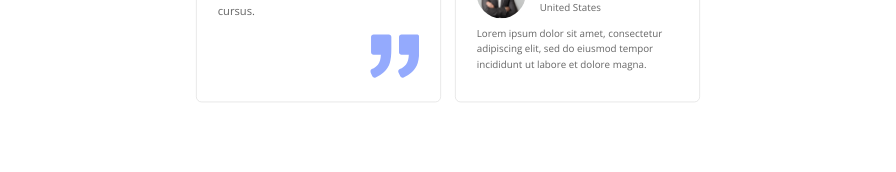
Repository: Sc-Juju/CodeRad
Page: index.html
The author's editor kept a copy of each file at every save. The page is drawn from the files as they stood at one save, then again after the next save.
The browser window is 1280 px wide. The pictures show the part of the page from y = 3883 to 5803 px (the page is 4129 px tall before and 6444 px after), at 70% of full size.

Above is the page before, as saved 2022-11-16 08:44:24.

After the next save:
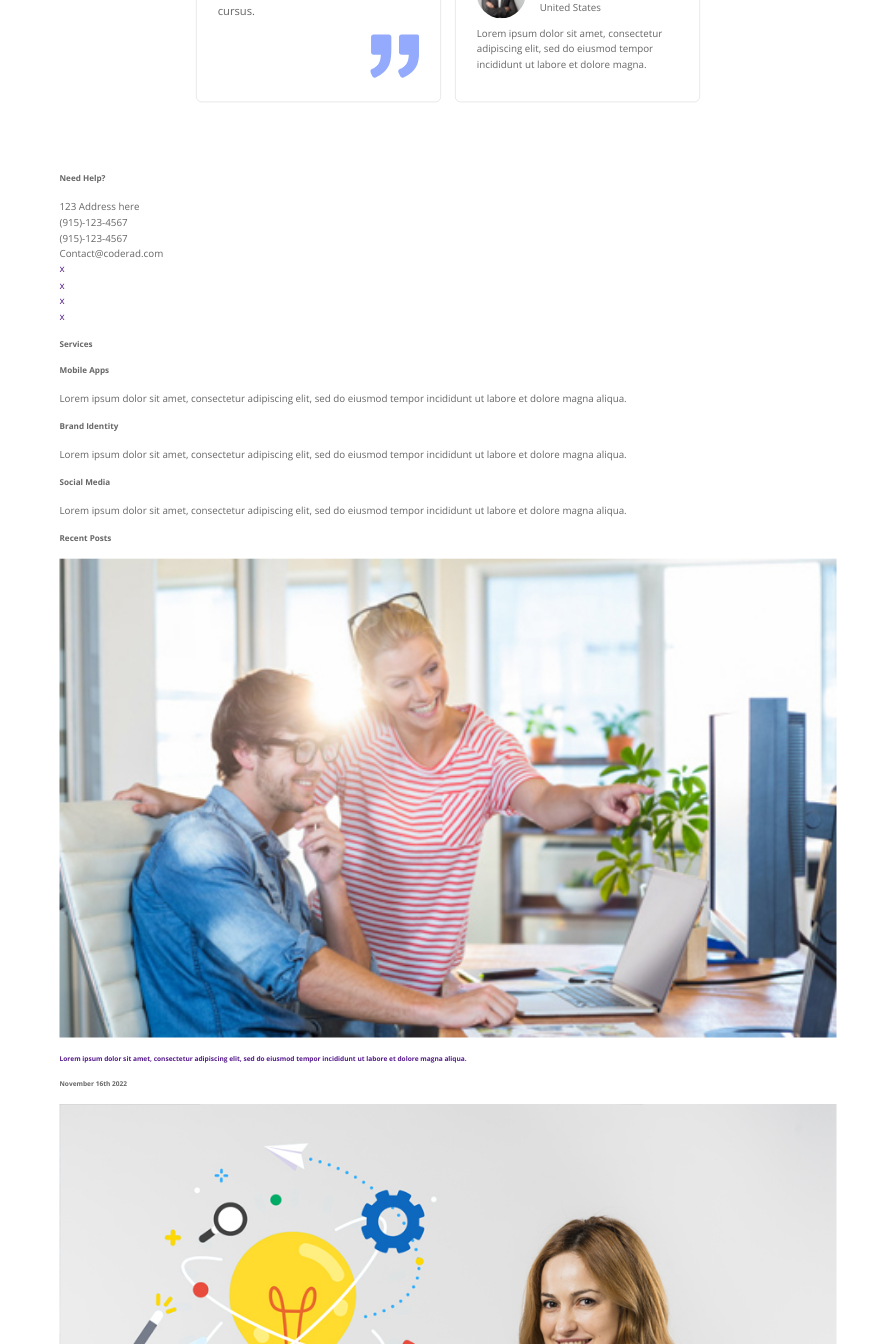
Saved 58 min 18 s later.
--- a/index.html
+++ b/index.html
@@ -373,5 +373,105 @@
 				</div>
 			</div>
 		</section>
+		<!--Footer-->
+		<footer>
+			<div class="container">
+				<section class="footer-top">
+					<div class="footer-col">
+						<h5>Need Help?</h5>
+						<div class="contact-info">
+							<ul>
+								<li>123 Address here</li>
+								<li>(915)-123-4567</li>
+								<li>(915)-123-4567</li>
+								<li>Contact@coderad.com</li>
+							</ul>
+						</div>
+						<div class="social-icons">
+							<ul>
+								<li><a href="">x</a></li>
+								<li><a href="">x</a></li>
+								<li><a href="">x</a></li>
+								<li><a href="">x</a></li>
+							</ul>
+						</div>
+					</div>
+					<div class="footer-col">
+						<h5>Services</h5>
+						<div class="seervices-wrapper">
+							<h5>Mobile Apps</h5>
+							<p>
+								Lorem ipsum dolor sit amet, consectetur
+								adipiscing elit, sed do eiusmod tempor
+								incididunt ut labore et dolore magna aliqua.
+							</p>
+						</div>
+						<div class="seervices-wrapper">
+							<h5>Brand Identity</h5>
+							<p>
+								Lorem ipsum dolor sit amet, consectetur
+								adipiscing elit, sed do eiusmod tempor
+								incididunt ut labore et dolore magna aliqua.
+							</p>
+						</div>
+						<div class="seervices-wrapper">
+							<h5>Social Media</h5>
+							<p>
+								Lorem ipsum dolor sit amet, consectetur
+								adipiscing elit, sed do eiusmod tempor
+								incididunt ut labore et dolore magna aliqua.
+							</p>
+						</div>
+					</div>
+					<div class="footer-col">
+						<h5>Recent Posts</h5>
+						<div class="recent-posts">
+							<img src="/CodeRad-assets/blog1.jpg" alt="blog1" />
+							<div class="post-inner">
+								<h6>
+									<a href=""
+										>Lorem ipsum dolor sit amet, consectetur
+										adipiscing elit, sed do eiusmod tempor
+										incididunt ut labore et dolore magna
+										aliqua.</a
+									>
+								</h6>
+								<h6>November 16th 2022</h6>
+							</div>
+						</div>
+						<div class="recent-posts">
+							<img src="/CodeRad-assets/blog2.jpg" alt="blog2" />
+							<div class="post-inner">
+								<h6>
+									<a href=""
+										>Lorem ipsum dolor sit amet, consectetur
+										adipiscing elit, sed do eiusmod tempor
+										incididunt ut labore et dolore magna
+										aliqua.</a
+									>
+								</h6>
+								<h6>November 18th 2022</h6>
+							</div>
+						</div>
+					</div>
+				</section>
+				<section class="footer-bottom">
+					<div class="footer-bottom-wrapper">
+						<div class="copyright">
+							<p>Copy right @ 2022 CodeRad Creations</p>
+						</div>
+						<div class="footer-bottom-links">
+							<ul>
+								<li><a href="">About</a></li>
+								<li><a href="">Services</a></li>
+								<li><a href="">Team</a></li>
+								<li><a href="">Contact</a></li>
+								<li><a href="">Blog</a></li>
+							</ul>
+						</div>
+					</div>
+				</section>
+			</div>
+		</footer>
 	</body>
 </html>
